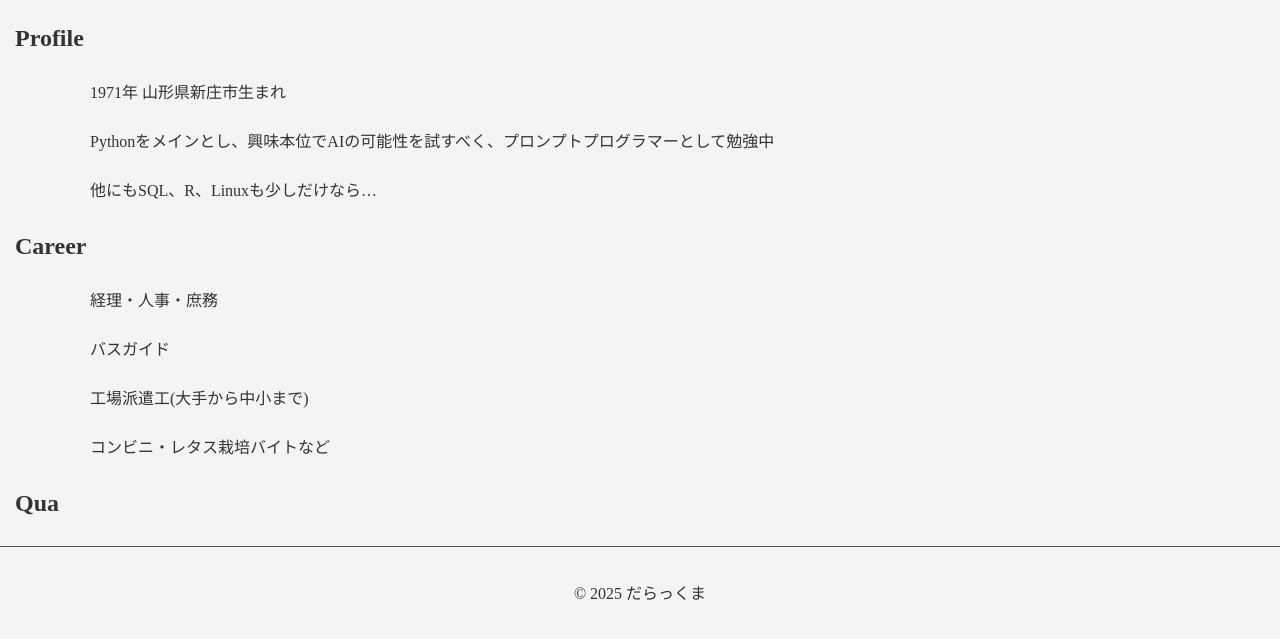
Repository: rydeen7907/html
Page: profile.html
These files come from the project's save history. The page is drawn as it stood at one moment and after a run of saves; the edit follows.
The browser window is 1280 px wide. The pictures show the whole page.

Above is the page before, as saved 2025-04-27 17:44:25.

### profile.html
<!DOCTYPE html>
<html lang="ja">
<head>
    <meta charset="UTF-8">
    <meta name="viewport" content="width=device-width, initial-scale=1.0">
    <title>Profile - だらっくまのサイト</title>
    <link rel="stylesheet" href="style.css">
</head>
<body>
    <main>
        <h2>Profile</h2>
        <ul>
            <p>1971年 山形県新庄市生まれ</p>

            <p>Pythonをメインとし、興味本位でAIの可能性を試すべく、プロンプトプログラマーとして勉強中</p>

            <p>他にもSQL、R、Linuxも少しだけなら…</p>
        </ul>

        <h2>Career</h2>
        <ul>
        <p>経理・人事・庶務</p>

        <p>バスガイド</p>

        <p>工場派遣工(大手から中小まで)</p>

        <p>コンビニ・レタス栽培バイトなど</p>
        </ul>

        <h2>Qua

    </main>

 <footer class="social-links">
        <p>&copy; 2025 だらっくま</p>
    </footer>

</body>
</html>

### style.css
/* 基本スタイル */
:root {
    /* 色の設定 */
    --text-color-dark: #333; /*  */
    --text-color-light: #555; /*  */
    --background-color: #f4f4f4; /*  */
    --background-color-scroll: aqua; /*  */
    --link-color: #333; /* リンクの色 */
    --link-color-hover: #ff8000; /* ホバー時のリンク色 */

/* タイポグラフィ */
    --font-family: Arial, sans-serif; /* フォントファミリー */
    --line-height-base: 1.5; /* 行間を調整 (例：1.5倍 px,%,emでも可能) */
    --font-size-small: 12px; /* フォントサイズを小さく */
    --font-size-base: 16px; /* 基本フォントサイズ */
    --font-size-large: 24px; /* 大きなフォントサイズ */
    --font-size-xlarge: 32px; /* 特大フォントサイズ */

/* 余白 */
    --margin-xs: 5px; /* 小さなマージン */
    --margin-s: 10px; /* 基本マージン */
    --margin-m: 15px; /* 中くらいのマージン */
    --margin-l: 20px; /* 大きなマージン */
    --margin-xl: 25px; /* 特大マージン */
    --margin-xxl: 40px; /* 特特大マージン */
    --margin-xxxl: 50px; /* 特特特大マージン */
}

body {
    margin: 0; /* ブラウザデフォルトのマージンをリセット */
    padding: 0; /* ブラウザデフォルトのパディングをリセット */
    padding-bottom: var(--margin-xxxl); /* ページ下部のパディングを追加 */
    font-family: var(--font-size-base);
    line-height: var(--line-height-base); /* 行間を読みやすく調整 (例：2.0倍 px,%,emでも可能) */
    color: var(--text-color-dark); /* 文字色を濃いグレーに設定 */
    background-color: var(--background-color); /* 背景色を薄いグレーに設定 */
}

/* ヘッダー */
.header-image {
    display: block; /* 中央配置のためブロック要素に */
    width: 100%;
    /* max-width: auto; は width: 100%; があれば不要 */
    height: 400px;
    margin: 0 auto; /* 上下のマージンは０、左右は自動で中央揃え */
    object-fit: cover; /* 画像のアスペクト比を維持、要素に合わせる */
}

/* 画像の説明文 */
.image-caption {
    padding-top: var(--margin-xs); /* 上部のパディングを追加 */
    padding-bottom: var(--margin-xs); /* 下部のパディングを追加 */
    padding-left: var(--margin-m);    /* 左側のパディングを追加 */
    padding-right: var(--margin-m); /* 右側のパディングを追加 */

    margin-top: var(--margin-xs); /* 上部のマージンを追加 */
    margin-bottom: var(--margin-xl); /* 下部のマージンを追加 */
    font-size: var(--font-size-small); /* フォントサイズを小さく */
    color: var(--text-color-light); /* 文字色を薄いグレーに */
    text-align: right; /* 右寄せ */
}

/* 画像キャプション内のリンク */
.image-caption a {
    color: inherit; /* リンクの色 */
    text-align: right;
    text-decoration: none; /* 下線を削除 */
}
.image-caption a:hover,
.image-caption a:focus {
    color: var(--link-color-hover); /* ホバー時のリンク色 */
    text-decoration: underline; /* 下線を追加 */
}

/* スクロールテキストコンテナ */
.scrolling-text-container {
    width: 100%; /* 幅 */
    height: 55px; /* 高さ */
    margin-bottom: var(--margin-xxl); /* 下部のマージンを追加 */
    padding-top: var(--margin-xs); /* 上部のパディングを追加 */
    padding-bottom: var(--margin-s); /* 下部のパディングを追加 */
    box-sizing: border-box; /* パディングとボーダーを含めたサイズ計算 */
    background-color: var(--background-color-scroll); /* 背景色をアクアに設定 */
    overflow: hidden; /* はみ出た部分を隠す */
}

/* スクロールテキスト */
.scrolling-text {
    display: inline-block; /* インラインブロック要素に設定 */
    margin: 0; /* コンテナ内でのマージンを削除 */
    padding-left: 100%; /* 開始位置を右側に設定 */
    font-size: var(--font-size-large); /* フォントサイズ */
    font-weight: bold; /* 太字に設定 */
    color: var(--text-color-dark); /* 文字色を濃いグレーに */
    white-space: nowrap; /* 折り返し禁止 */
    animation: scroll-left 25s linear infinite; /* アニメーションを適用 */

}

/* スクロールアニメーションの定義 */
@keyframes scroll-left {
    0% {
        transform: translateX(0); /* 開始位置 */
    }
    100% {
        /* テキスト自身の幅だけ左に移動させる */
        transform: translateX(-150%);
    }
}

/* メインコンテンツ */
h1 {
    margin: var(--margin-xxl) 0 var(--margin-l); /* 上下のマージンを追加 */
    font-size: var(--font-size-xlarge); /* フォントサイズ */
    font-weight: bold; /* 太字に設定 */
    text-align: center; /* 中央配置 */
    color: var(--text-color-dark); /* 文字色を濃いグレーに */
}

main h2{
    margin-left: var(--margin-m); /* 左側のマージンを追加 */
}

/* 段落 p */
p {
    margin: var(--margin-xl) 0 ; /* 上下のマージンを追加 */
    text-align: center; /* 中央配置 */
    font-size: var(--font-size-base); /* フォントサイズ */
}

main p{
    margin-left: var(--margin-xxxl); /* 左側のマージンを追加 */
    text-align: left; /* 左寄せ */
    font-size: var(--font-size-base); /* フォントサイズ */
}

/* リンク a */
a {
    display: block;
    color: var(--link-color); /* 文字色を赤に */
    margin: var(--margin-s) auto; /* 上部のマージンを追加 */
    font-size: var(--font-size-base); /* フォントサイズ */
    font-weight: bold; /* 太字に設定 */
    text-align: center; /* 中央配置 */
    text-decoration: none; /* 下線を削除 */
    transition: color 0.3s; /* ホバー時の色変更にトランジションを追加 */
}

/* ホバー時のスタイル */
a:hover,
a:focus { /* ホバーとフォーカス時に適用するスタイル */
    color: var(--link-color-hover); /* ホバー時の文字色をオレンジに変更 */
    text-decoration: underline; /* 下線を追加 */
}

/* SNS リンク */
.social-links {
    text-align: center;
    margin: var(--margin-xl) 0; /* 上下のマージンを追加 */
    padding-bottom: var(--margin-s); /* 上下のパディングを追加 */
    border-top: 1px solid var(--text-color-light); /* 上部に薄いグレーのボーダーを追加 */
    padding-top: var(--margin-s); /* 上部のパディングを追加 */
}

.social-links h2 {
    font-size: var(--font-size-base); /* フォントサイズ */
    color: var(--text-color-dark); /* 文字色を濃いグレーに */
    margin: var(--margin-s) 0; /* 上下のマージンを追加 */
    font-weight: normal; /* 太字に設定 */
}

.social-links ul {
    list-style: none; /* リストのマークを削除 */
    padding: 0; /* パディングを削除 */
    margin: 0; /* マージンを削除 */
}

.social-links li {
    display: inline-block; /* 横並び */
    margin: 0 var(--margin-s); /* 左右のマージンを追加 */
}

/* SNSリンク 固有のスタイル */
.social-links a {
    display: inline-block; /* クリック範囲を確保 */
    line-height: 1; /* 画像のベースラインを揃えるのに役立つ */
    /* color: var(--link-color); /* リンクの色 */
    text-decoration: none; /* 下線を削除 */
    /*font-size: var(--font-size-base); /* フォントサイズ */
    transition: opacity 0.3s; /* ホバー時の透明度変更 (テキスト：color 0.3s)*/
}

.social-icon {
    width: 48px; /* アイコンの幅 */
    height: 48px; /* アイコンの高さ */
    vertical-align: middle; /* 他のアイコンと並んだ場合の垂直配置を中央に */
    /*object-fit: cover; /* 画像のアスペクト比を維持、要素に合わせる */
}

/* ホバー時のスタイル */
.social-links a:hover,
.social-links a:focus {
    /* color: var(--link-color-hover); /* ホバー時の文字色をオレンジに変更 */
    /* text-decoration: underline; /* 下線を追加 */
    opacity: 0.7; /* ホバー時の透明度を変更 */
}

After the next 3 saves:
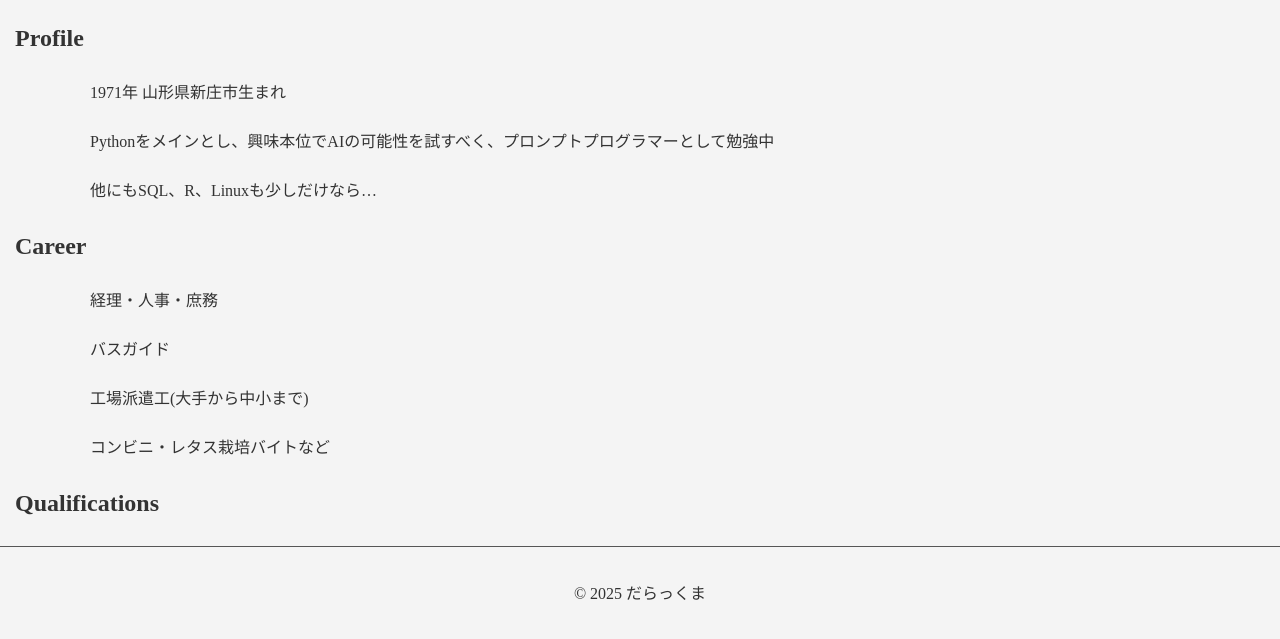
The 3 saves are shown as one change because they came seconds apart.
The last was saved 9 s later.
--- a/profile.html
+++ b/profile.html
@@ -28,7 +28,8 @@
         <p>コンビニ・レタス栽培バイトなど</p>
         </ul>
 
-        <h2>Qua
+        <h2>Qualifications</h2>
+        <ul>
 
     </main>
 
